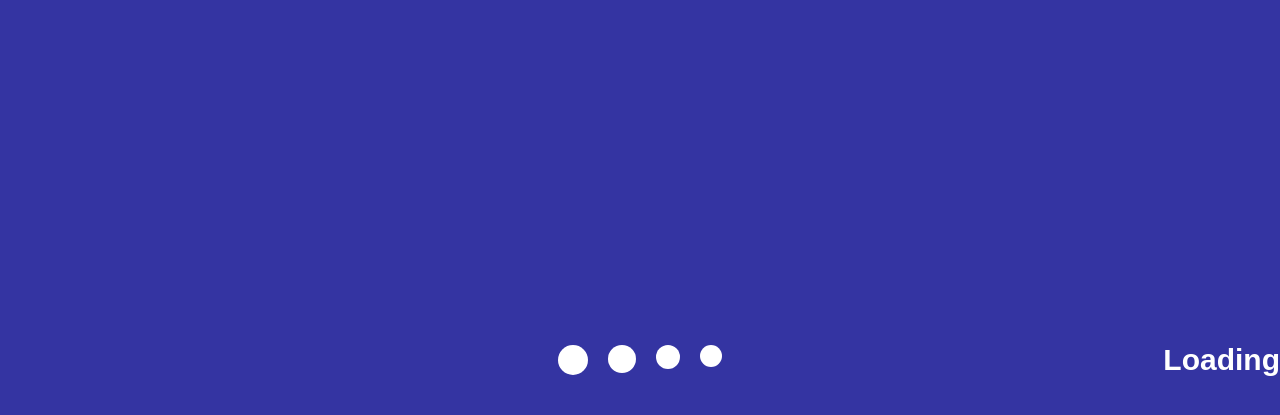
Repository: DevMike1993/100_Projects_HTML_CSS_JAVASCRIPT
Page: 02_Creative_Loading_Animation/index.html
An editor plug-in stored every save of this project. The page is shown before and after a run of saves, followed by the edit.
The browser window is 1280 px wide. The pictures show the whole page.

Above is the page before, as saved 2023-11-26 17:33:03.

### 02_Creative_Loading_Animation/index.html
<!DOCTYPE html>
<html lang="en">
<head>
    <meta charset="UTF-8">
    <meta name="viewport" content="width=device-width, initial-scale=1.0">
    <title>Loading Animation</title>
    <link rel="stylesheet" href="style.css">
</head>
<body>
    <section class="wrapper">
        <div class="loader">
            <div class="loading one"></div>
            <div class="loading two"></div>
            <div class="loading three"></div>
            <div class="loading four"></div>
        </div>
        <section class="content">
            <h1>Loading</h1>
        </section>
    </section>
</body>
</html>

### 02_Creative_Loading_Animation/style.css
*{
    margin: 0;
    padding: 0;
    box-sizing: border-box;
    font-family: sans-serif;
}

body{
    background: #00008bcb;
}

.wrapper{
    display: flex;
    justify-content: center;
    align-items: center;
    min-height: 100vh;
}

.content{
    text-align: center;
    position: absolute;
    right: 0;
    bottom: 50;
}

.content h1{
    font-size: 30px;
    color: #fff;
    font-weight: 600;
    transition: 0.5s;


}

.content h1:hover{
        -webkit-text-stroke: 2px white;
        color: transparent;
}


.wrapper .loader{
    display: flex;
    justify-content: space-evenly;
    padding:  20px;
}

.loader .loading{
    background: #fff;
    width: 30px;
    height: 30px;
    border-radius: 50px;
    margin: 0 10px;
    animation: load 0.8s ease infinite;
}

.loader .loading.one{
    animation-delay: 0.3s;
}

.loader .loading.two{
    animation-delay: 0.4s;
}

.loader .loading.three{
    animation-delay: 0.5s;
}

@keyframes load {
    0% {
        width: 30px;
        height: 30px;
    }
    50%{
        width: 20px;
        height: 20px;
    }
}

After the next 2 saves:
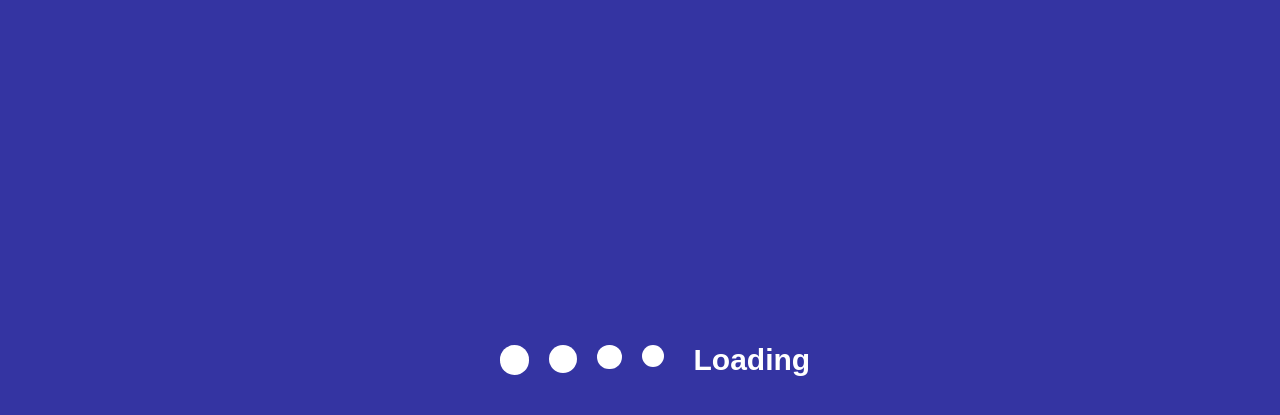
The 2 saves are shown as one change because they came seconds apart.
The last was saved 40 s later.
--- a/02_Creative_Loading_Animation/style.css
+++ b/02_Creative_Loading_Animation/style.css
@@ -18,9 +18,7 @@ body{
 
 .content{
     text-align: center;
-    position: absolute;
-    right: 0;
-    bottom: 50;
+    na
 }
 
 .content h1{
